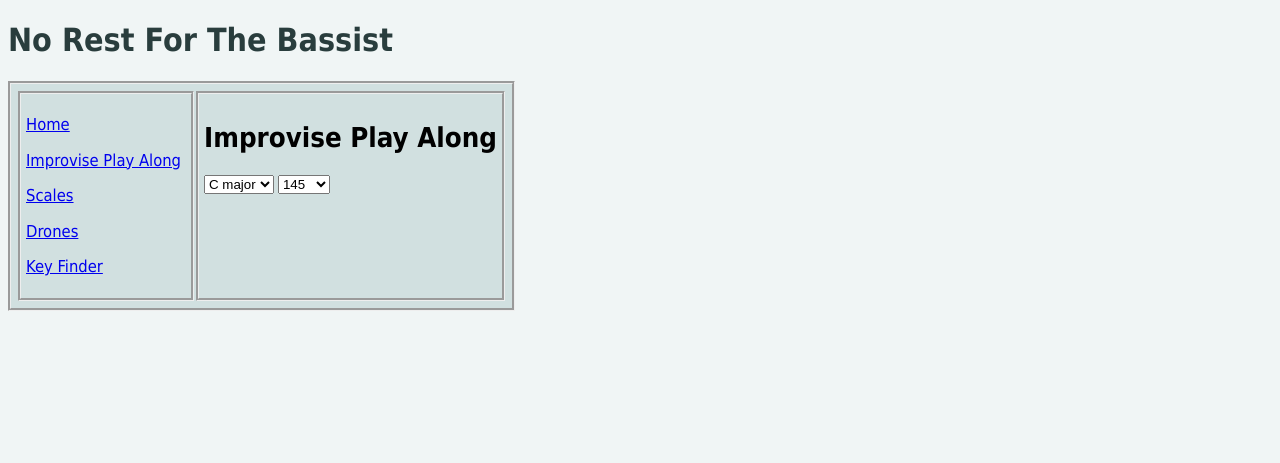
Repository: jenboyle/norestforthebassist
Page: http://localhost/norestforthebassist/improvise.jsp
These files come from the project's save history. The page is drawn as it stood at one moment and after the next save; the edit follows.
The browser window is 1280 px wide. The pictures show the whole page.
The page is served by Tomcat 9. Other server files are loaded and not shown.

Above is the page before, as saved 2021-04-28 21:44:44.

### norestforthebassist/src/main/webapp/improvise.jsp
<%@ page language="java" contentType="text/html; charset=UTF-8"
    pageEncoding="UTF-8"%>
<!DOCTYPE html>
<html>
<head>
<meta charset="UTF-8">
<link href="resources/css/main.css" rel="stylesheet">
<title>No Rest For The Bassist</title>
</head>
<body>
    <h1>No Rest For The Bassist</h1>
    <table>
        <tr>
            <td style = "width: 160px;">
                <jsp:include page="sidebar.html" flush="true"/>
            </td>
            <td style = "vertical-align: top">
                <h2>Improvise Play Along</h2>
                <select name="improvise_scale" id="improvise_scale">
                    <option value="Cmajor" selected>C major</option>
  					<option value="Dmajor">D major</option>
  					<option value="Emajor">E major</option>
  					<option value="Fmajor">F major</option>
  					<option value="Gmajor">G major</option>
  					<option value="Amajor">A major</option>
  					<option value="Bmajor">B major</option>
				</select>
				<select name="improvise_pattern" id="improvise_pattern">
                    <option value="1|4|5" selected>145</option>
  					<option value="1|5|6|4">1564</option>
  					<option value="2|5|1">251</option>
				</select>
            </td>
        </tr>
    </table>
</body>
</html>

### norestforthebassist/src/main/webapp/sidebar.html
<p><a href="http://localhost:8080/norestforthebassist/index.jsp">Home</a></p>
<p><a href="http://localhost:8080/norestforthebassist/improvise.jsp">Improvise Play Along</a></p>
<p><a href="http://localhost:8080/norestforthebassist/scales.jsp">Scales</a></p>
<p><a href="http://localhost:8080/norestforthebassist/drones.jsp">Drones</a></p>
<p><a href="http://localhost:8080/norestforthebassist/keyfinder.jsp">Key Finder</a></p>

### norestforthebassist/src/main/webapp/resources/css/main.css
@charset "UTF-8";
body
{
    font-family: tahoma, helvetica, arial, sans-serif;
    background-color: #f0f5f5;
}
table, tr, td
{
    font-size: .95em;
    border: 3px groove;
    padding: 5px;
    background-color: #d1e0e0;
}
h1
{
	color: #293d3d;
}
h2
{
	font-size: 2em;
	text-align: center;
}
p
{
	font-size: 1.2em;
}
.tdbold {
	font-weight: bold;
}
.imgscalebassscore {
  width:100%;
  opacity: 0.5;
}
.scalebassscore {
  text-align: center;
  position: relative;
}

.text {
  position: absolute;
  top: 50%;
  left: 50%;
  transform: translate(-50%, -50%);
}

.left_arrow {
	padding: 5px;
}

.right_arrow {
	padding: 5px;
}

.scalebassscore .e_string_position_1 {
	position: absolute;
    bottom: 16px;
    left: 60px;
}

.scalebassscore .e_string_position_2 {
	position: absolute;
    bottom: 16px;
    left: 100px;
}

.scalebassscore .e_string_position_3 {
	position: absolute;
    bottom: 16px;
    left: 140px;
}

.scalebassscore .a_string_position_1 {
	position: absolute;
    bottom: 41px;
    left: 60px;
}

.scalebassscore .a_string_position_2 {
	position: absolute;
    bottom: 41px;
    left: 100px;
}

.scalebassscore .a_string_position_3 {
	position: absolute;
    bottom: 41px;
    left: 140px;
}

.scalebassscore .a_string_position_4 {
	position: absolute;
    bottom: 41px;
    left: 180px;
}

.scalebassscore .a_string_position_5 {
	position: absolute;
    bottom: 41px;
    left: 220px;
}

.scalebassscore .a_string_position_6 {
	position: absolute;
    bottom: 41px;
    left: 260px;
}

.scalebassscore .d_string_position_1 {
  position: absolute;
  top: 32px;
  left: 60px;
}

.scalebassscore .d_string_position_2 {
  position: absolute;
  top: 32px;
  left: 100px;
}

.scalebassscore .d_string_position_3 {
  position: absolute;
  top: 32px;
  left: 140px;
}

.scalebassscore .d_string_position_4 {
  position: absolute;
  top: 32px;
  left: 180px;
}

.scalebassscore .d_string_position_5 {
  position: absolute;
  top: 32px;
  left: 220px;
}

.scalebassscore .d_string_position_6 {
  position: absolute;
  top: 32px;
  left: 260px;
}

.scalebassscore .d_string_position_7 {
  position: absolute;
  top: 32px;
  left: 300px;
}

.scalebassscore .d_string_position_8 {
  position: absolute;
  top: 32px;
  left: 340px;
}

.scalebassscore .g_string_position_1 {
  position: absolute;
  top: 7px;
  left: 60px;
}

.scalebassscore .g_string_position_2 {
  position: absolute;
  top: 7px;
  left: 100px;
}

.scalebassscore .g_string_position_3 {
  position: absolute;
  top: 7px;
  left: 140px;
}

.scalebassscore .g_string_position_4 {
  position: absolute;
  top: 7px;
  left: 180px;
}

.scalebassscore .g_string_position_5 {
  position: absolute;
  top: 7px;
  left: 220px;
}

.scalebassscore .g_string_position_6 {
  position: absolute;
  top: 7px;
  left: 260px;
}

.scalebassscore .g_string_position_7 {
  position: absolute;
  top: 7px;
  left: 300px;
}

.scalebassscore .g_string_position_8 {
  position: absolute;
  top: 7px;
  left: 340px;
}

.scalebassscore .another {
  position: absolute;
  bottom: 34px;
  right: 140px;
}

/* Bottom left text */
.bottom-left {
  position: absolute;
  bottom: 8px;
  left: 16px;
}

/* Top left text */
.top-left {
  position: absolute;
  top: 8px;
  left: 16px;
}

/* Top right text */
.top-right {
  position: absolute;
  top: 8px;
  right: 16px;
}

/* Bottom right text */
.bottom-right {
  position: absolute;
  bottom: 8px;
  right: 16px;
}

/* Centered text */
.centered {
  position: absolute;
  top: 50%;
  left: 50%;
  transform: translate(-50%, -50%);
}

After the next save:
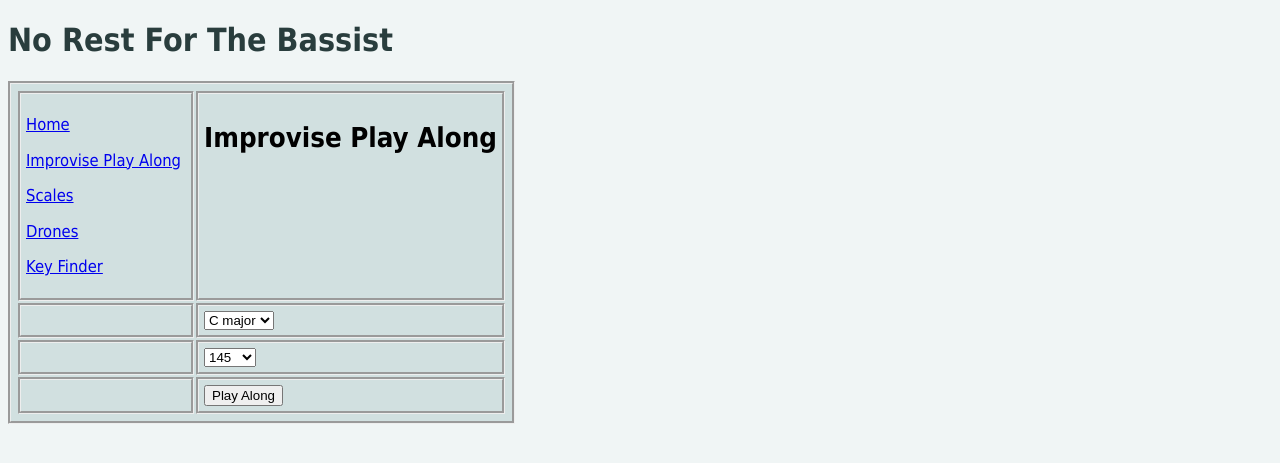
Saved 12 min 20 s later.
--- a/norestforthebassist/src/main/webapp/improvise.jsp
+++ b/norestforthebassist/src/main/webapp/improvise.jsp
@@ -8,6 +8,7 @@
 <title>No Rest For The Bassist</title>
 </head>
 <body>
+<form action="anyscale.jsp?scalename=cmajor&title=C Major Scale&id=1">
     <h1>No Rest For The Bassist</h1>
     <table>
         <tr>
@@ -16,6 +17,11 @@
             </td>
             <td style = "vertical-align: top">
                 <h2>Improvise Play Along</h2>
+            </td>
+            </tr>
+            <tr>
+                <td/>
+                <td>
                 <select name="improvise_scale" id="improvise_scale">
                     <option value="Cmajor" selected>C major</option>
   					<option value="Dmajor">D major</option>
@@ -25,6 +31,11 @@
   					<option value="Amajor">A major</option>
   					<option value="Bmajor">B major</option>
 				</select>
+				</td>
+			</tr>
+			<tr>
+			    <td/>
+				<td>
 				<select name="improvise_pattern" id="improvise_pattern">
                     <option value="1|4|5" selected>145</option>
   					<option value="1|5|6|4">1564</option>
@@ -32,6 +43,13 @@
 				</select>
             </td>
         </tr>
+        <tr>
+        <td/>
+        <td>
+          <input type = "submit" value = "Play Along" />
+        </td>
+        </tr>
     </table>
+    </form>
 </body>
 </html>
